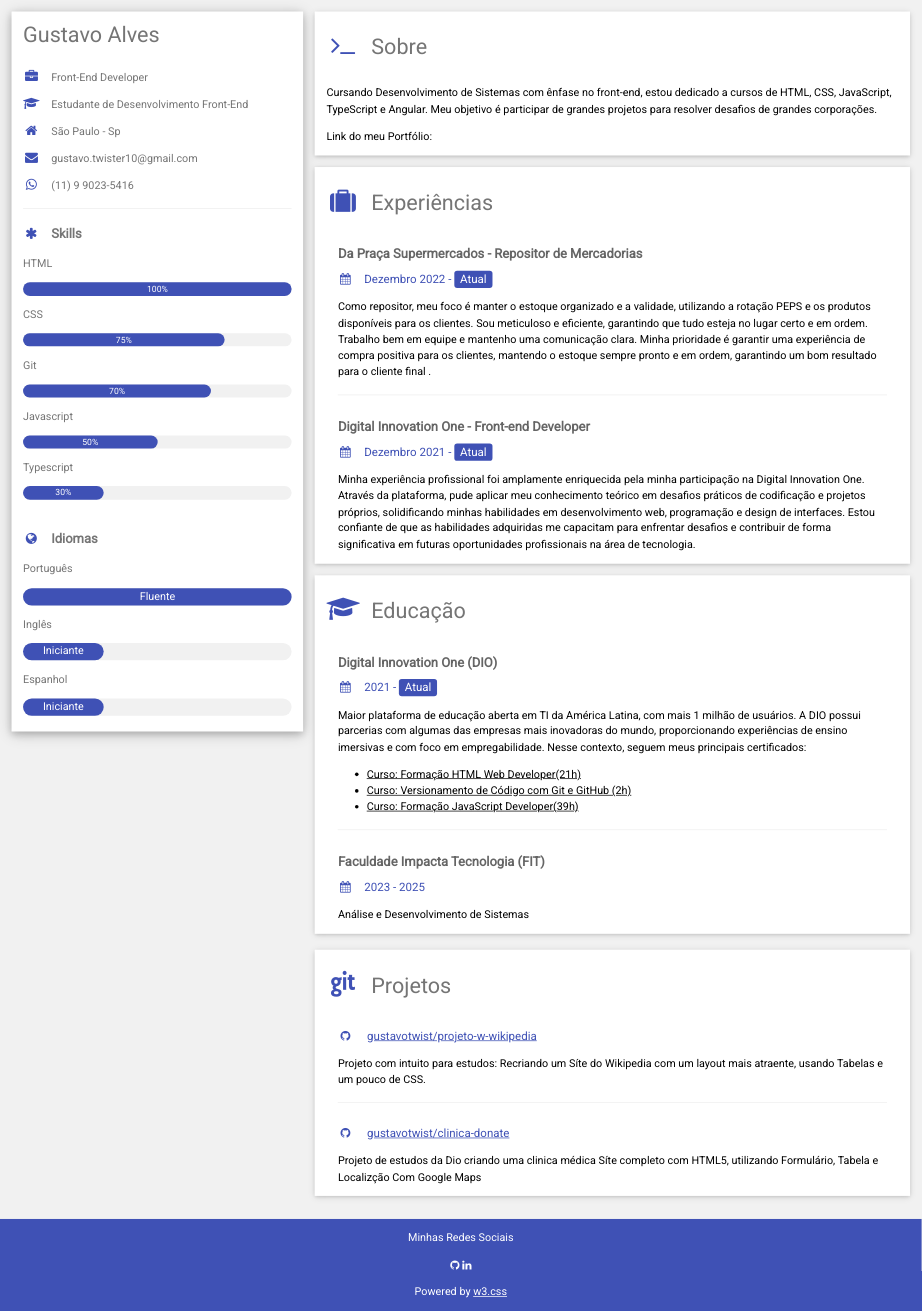
Repository: gustavotwist/cv
Page: index.html
These files come from the project's save history. The page is drawn as it stood at one moment and after the next save; the edit follows.
The browser window is 1280 px wide. The pictures show the whole page, at 72% of full size.

Above is the page before, as saved 2024-06-23 21:00:24.

### index.html
<!DOCTYPE html>
<!-- @falvojr: Reference article https://www.w3schools.com/howto/howto_website_create_resume.asp -->
<!-- @falvojr: Useful link to use fontawesome (fa) icons: https://fontawesome.com/v4/icons/ -->
<html lang="pt-BR">

  <head>
    <title>Gustavo Alves</title>

    <meta http-equiv="Content-Type" content="text/html; charset=UTF-8">
    <meta name="viewport" content="width=device-width, initial-scale=1">

    <link rel="stylesheet" href="https://www.w3schools.com/w3css/4/w3.css">
    <link rel='stylesheet' href='https://fonts.googleapis.com/css?family=Roboto'>
    <link rel="stylesheet" href="https://cdnjs.cloudflare.com/ajax/libs/font-awesome/4.7.0/css/font-awesome.min.css">

    <style>
      html,body,h1,h2,h3,h4,h5,h6 {font-family: "Roboto", sans-serif}
    </style>

  </head>

  <body class="w3-light-grey" cz-shortcut-listen="true">

    <!-- Page Container -->
    <div class="w3-content w3-margin-top" style="max-width:1400px;">

      <!-- The Grid -->
      <div class="w3-row-padding">

        <!-- Left Column -->
        <div class="w3-third">

          <div class="w3-white w3-text-grey w3-card-4">
            <!-- @falvojr: This container has been modified to not use a profile picture. -->
            <div class="w3-container">
              <h2>Gustavo Alves</h2>
            </div>
            <div class="w3-container">
              <p><i class="fa fa-briefcase fa-fw w3-margin-right w3-large w3-text-indigo"></i>Front-End Developer</p>
              <p><i class="fa fa-graduation-cap fa-fw w3-margin-right w3-large w3-text-indigo"></i>Estudante de Desenvolvimento Front-End</p>
              <p><i class="fa fa-home fa-fw w3-margin-right w3-large w3-text-indigo"></i>São Paulo - Sp</p>
              <p><i class="fa fa-envelope fa-fw w3-margin-right w3-large w3-text-indigo"></i>gustavo.twister10@gmail.com</p>
              <p><i class="fa fa-whatsapp fa-fw w3-margin-right w3-large w3-text-indigo"></i>(11) 9 9023-5416</p>
              <hr>

              <p class="w3-large">
                <b><i class="fa fa-asterisk fa-fw w3-margin-right w3-text-indigo"></i>Skills</b>
              </p>
              <p>HTML</p>
              <div class="w3-light-grey w3-round-xlarge w3-small">
                <div class="w3-container w3-center w3-round-xlarge w3-indigo" style="width:100%">100%</div>
              </div>
              <p>CSS</p>
              <div class="w3-light-grey w3-round-xlarge w3-small">
                <div class="w3-container w3-center w3-round-xlarge w3-indigo" style="width:75%">75%</div>
              </div>
              <p>Git</p>
              <div class="w3-light-grey w3-round-xlarge w3-small">
                <div class="w3-container w3-center w3-round-xlarge w3-indigo" style="width:70%">70%</div>
              </div>
              <p>Javascript</p>
              <div class="w3-light-grey w3-round-xlarge w3-small">
                <div class="w3-container w3-center w3-round-xlarge w3-indigo" style="width:50%">50%</div>
              </div>
              <p>Typescript</p>
              <div class="w3-light-grey w3-round-xlarge w3-small">
                <div class="w3-container w3-center w3-round-xlarge w3-indigo" style="width:30%">30%</div>
              </div>
              <br>
              <p class="w3-large w3-text-theme">
                <b><i class="fa fa-globe fa-fw w3-margin-right w3-text-indigo"></i>Idiomas</b>
              </p>
              <p>Português</p>
              <div class="w3-light-grey w3-round-xlarge">
                <div class="w3-container w3-center w3-round-xlarge w3-indigo" style="height:24px;width:100%">Fluente</div>
              </div>
              <p>Inglês</p>
              <div class="w3-light-grey w3-round-xlarge">
                <div class="w3-container w3-center w3-round-xlarge w3-indigo" style="height:24px;width:30%">Iniciante</div>
              </div>
              <p>Espanhol</p>
              <div class="w3-light-grey w3-round-xlarge">
                <div class=" w3-container w3-center w3-round-xlarge w3-indigo" style="height:24px;width:30%">Iniciante</div>
              </div>
              <br>
            </div>
          </div><br>

          <!-- End Left Column -->
        </div>

        <!-- Right Column -->
        <div class="w3-twothird">

          <div class="w3-container w3-card w3-white w3-margin-bottom">
            <h2 class="w3-text-grey w3-padding-16"><i class="fa fa-terminal fa-fw w3-margin-right w3-xxlarge w3-text-indigo"></i>Sobre</h2>
            <p>Cursando Desenvolvimento de Sistemas com ênfase no front-end, estou dedicado a cursos de HTML, CSS, JavaScript, TypeScript e Angular. Meu objetivo é participar de grandes projetos para resolver desafios de grandes corporações.</p>
            <p>Link do meu Portfólio: </p>
          </div>

          <div class="w3-container w3-card w3-white w3-margin-bottom">
            <h2 class="w3-text-grey w3-padding-16">
              <i class="fa fa-suitcase fa-fw w3-margin-right w3-xxlarge w3-text-indigo"></i>Experiências
            </h2>
            <div class="w3-container">
              <h5 class="w3-opacity"><b>Da Praça Supermercados - Repositor de Mercadorias</b></h5>
              <h6 class="w3-text-indigo"><i class="fa fa-calendar fa-fw w3-margin-right"></i>Dezembro 2022 - <span class="w3-tag w3-indigo w3-round">Atual</span></h6>
              <p>Como repositor, meu foco é manter o estoque organizado e a validade, utilizando a rotação PEPS e os produtos disponíveis para os clientes. Sou meticuloso e eficiente, garantindo que tudo esteja no lugar certo e em ordem. Trabalho bem em equipe e mantenho uma comunicação clara. Minha prioridade é garantir uma experiência de compra positiva para os clientes, mantendo o estoque sempre pronto e em ordem, garantindo um bom resultado para o cliente final .</p>
              <hr>
            </div>
            <div class="w3-container">
              <h5 class="w3-opacity"><b>Digital Innovation One - Front-end Developer</b></h5>
                <h6 class="w3-text-indigo"><i class="fa fa-calendar fa-fw w3-margin-right"></i>Dezembro 2021 - <span class="w3-tag w3-indigo w3-round">Atual</span></h6>
                <p>
                    Minha experiência profissional foi amplamente enriquecida pela minha participação na Digital Innovation One. Através da plataforma, pude aplicar meu conhecimento teórico em desafios práticos de codificação e projetos próprios, solidificando minhas habilidades em desenvolvimento web, programação e design de interfaces. Estou confiante de que as habilidades adquiridas me capacitam para enfrentar desafios e contribuir de forma significativa em futuras oportunidades profissionais na área de tecnologia.
                </p>

            </div>
          </div>

          <div class="w3-container w3-card w3-white">
            <h2 class="w3-text-grey w3-padding-16">
              <i class="fa fa-graduation-cap fa-fw w3-margin-right w3-xxlarge w3-text-indigo"></i>Educação
            </h2>
            <div class="w3-container">
              <h5 class="w3-opacity"><b>Digital Innovation One (DIO)</b></h5>
              <h6 class="w3-text-indigo"><i class="fa fa-calendar fa-fw w3-margin-right"></i>2021 - <span class="w3-tag w3-indigo w3-round">Atual</span></h6>
              <p>
                Maior plataforma de educação aberta em TI da América Latina, com mais 1 milhão de usuários.
                A DIO possui parcerias com algumas das empresas mais inovadoras do mundo, proporcionando experiências
                de ensino imersivas e com foco em empregabilidade. Nesse contexto, seguem meus principais certificados:
              </p>
              <ul>
                <li><a href="https://www.dio.me/certificate/VDSNYTO5" target="_blank">Curso: Formação HTML Web Developer(21h)</a></li>
                <li><a href="https://www.dio.me/certificate/EA66CA6A" target="_blank">Curso: Versionamento de Código com Git e GitHub (2h)</a></li>
                <li><a href="https://www.dio.me/certificate/OST0WIWG" target="_blank">Curso: Formação JavaScript Developer(39h)</a></li>
              </ul>
              <hr>
            </div>
            <div class="w3-container">
              <h5 class="w3-opacity"><b>Faculdade Impacta Tecnologia (FIT)</b></h5>
              <h6 class="w3-text-indigo"><i class="fa fa-calendar fa-fw w3-margin-right"></i>2023 - 2025</h6>
              <p>Análise e Desenvolvimento de Sistemas</p>
            </div>
          </div><br>
          <div class="w3-container w3-card w3-white w3-margin-bottom">
            <h2 class="w3-text-grey w3-padding-16">
              <i class="fa fa-git fa-fw w3-margin-right w3-xxlarge w3-text-indigo"></i>Projetos
            </h2>
            <div class="w3-container">
              <h6 class="w3-text-indigo">
                <i class="fa fa-github fa-fw w3-margin-right"></i>
                <a href="https://github.com/gustavotwist/projeto-w-wikipedia" target="_blank">gustavotwist/projeto-w-wikipedia</a>
              </h6>
              <p>Projeto com intuito para estudos: Recriando um Síte do Wikipedia com um layout mais atraente, usando Tabelas e um pouco de CSS.</p>
              <hr>
            </div>
            <div class="w3-container">
              <h6 class="w3-text-indigo">
                <i class="fa fa-github fa-fw w3-margin-right"></i>
                <a href="https://github.com/gustavotwist/clinica-donate" target="_blank">gustavotwist/clinica-donate</a>
              </h6>
              <p>Projeto de estudos da Dio criando uma clinica médica Síte completo com HTML5, utilizando Formulário, Tabela e Localizção Com Google Maps</p>
            </div>
          </div>

          <!-- End Right Column -->
        </div>

        <!-- End Grid -->
      </div>

      <!-- End Page Container -->
    </div>

    <footer class="w3-container w3-indigo w3-center w3-margin-top">
      <p>Minhas Redes Sociais</p>
      <a href="https://github.com/gustavotwist" target="_blank"><i class="fa fa-github w3-hover-opacity"></i></a>
      <a href="https://www.linkedin.com/in/gustavoalves7/" target="_blank"><i class="fa fa-linkedin w3-hover-opacity"></i></a>
      <p>Powered by <a href="https://www.w3schools.com/w3css/default.asp" target="_blank">w3.css</a></p>
    </footer>

  </body>

</html>

After the next save:
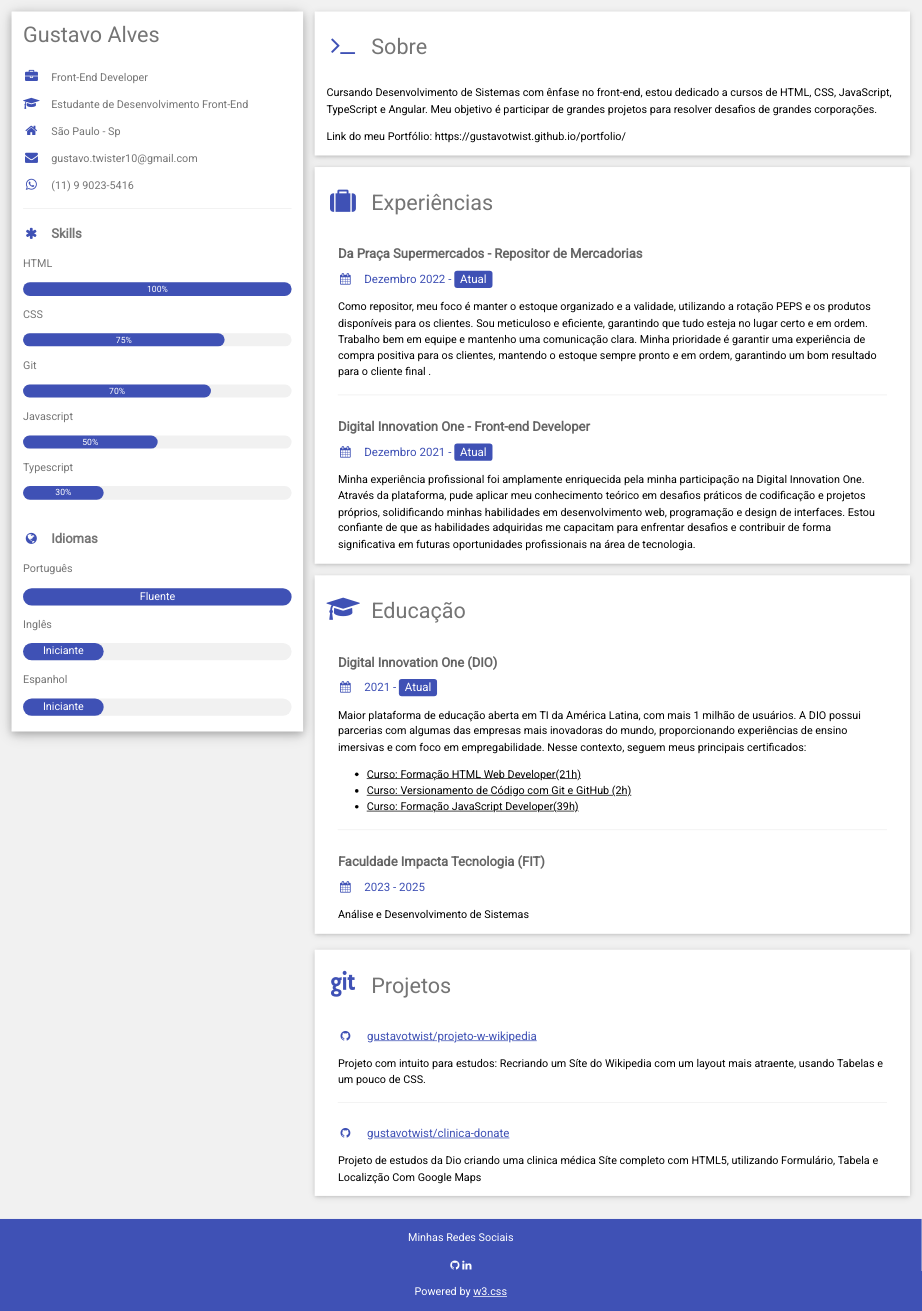
Saved 12 s later.
--- a/index.html
+++ b/index.html
@@ -95,7 +95,7 @@
           <div class="w3-container w3-card w3-white w3-margin-bottom">
             <h2 class="w3-text-grey w3-padding-16"><i class="fa fa-terminal fa-fw w3-margin-right w3-xxlarge w3-text-indigo"></i>Sobre</h2>
             <p>Cursando Desenvolvimento de Sistemas com ênfase no front-end, estou dedicado a cursos de HTML, CSS, JavaScript, TypeScript e Angular. Meu objetivo é participar de grandes projetos para resolver desafios de grandes corporações.</p>
-            <p>Link do meu Portfólio: </p>
+            <p>Link do meu Portfólio: https://gustavotwist.github.io/portfolio/</p>
           </div>
 
           <div class="w3-container w3-card w3-white w3-margin-bottom">
